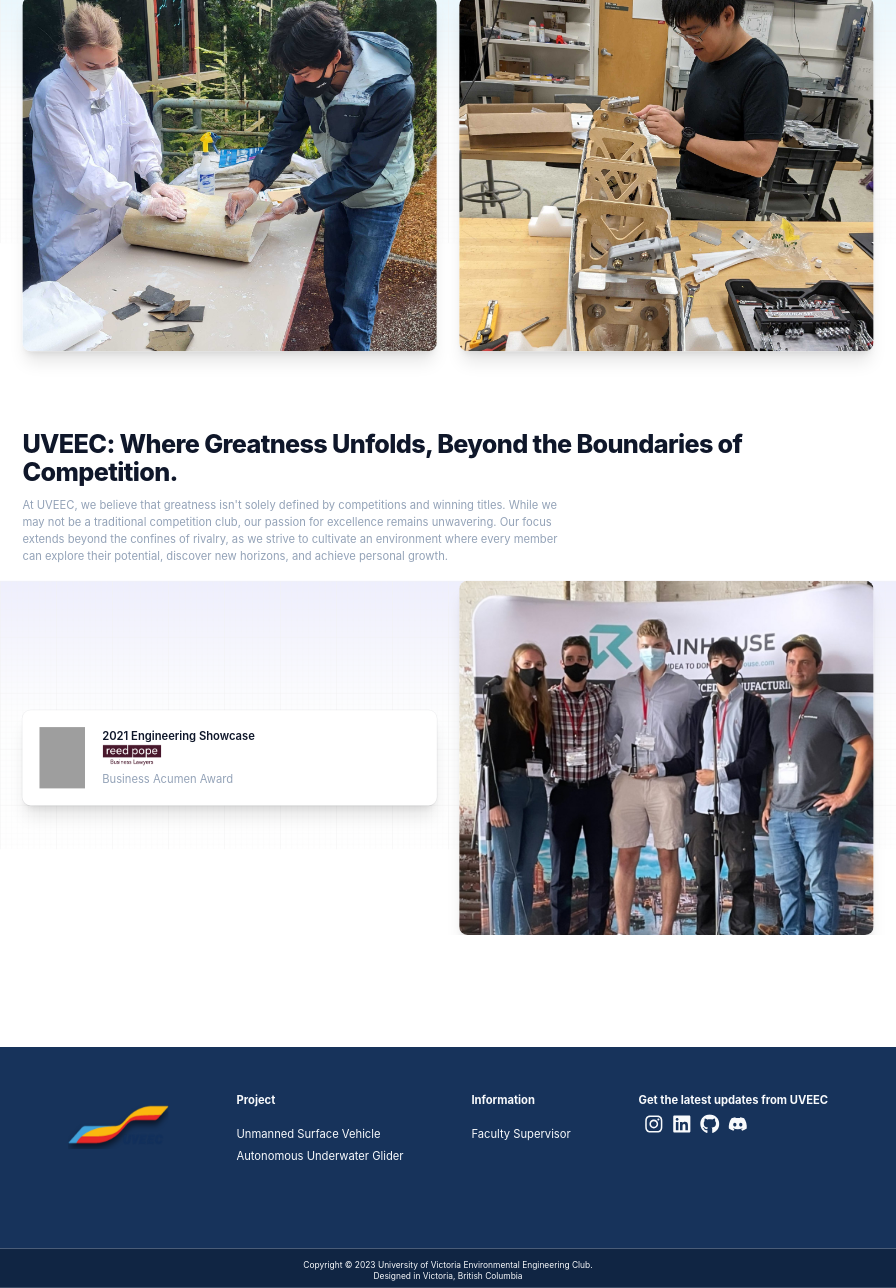
Repository: markaxelus/uveec-website
Page: /
An editor plug-in stored every save of this project. The page is shown before and after the next save, followed by the edit.
The browser window is 1280 px wide. The pictures show the part of the page from y = 1224 to 3144 px (the page is 3064 px tall before and 3144 px after), at 70% of full size.
Pictures or frames that could not be fetched are drawn as grey boxes. The project was rebuilt for these pictures with package versions that can differ from the ones it lists, and the page was loaded fresh each time. The framework's server and built-in components were replaced by stand-ins that run in the browser. Also part of the build but not shown: next.config.js, src/components/molecules/ProfileCard.tsx.

Above is the page before, as saved 2024-06-08 23:28:56.

After the next save:
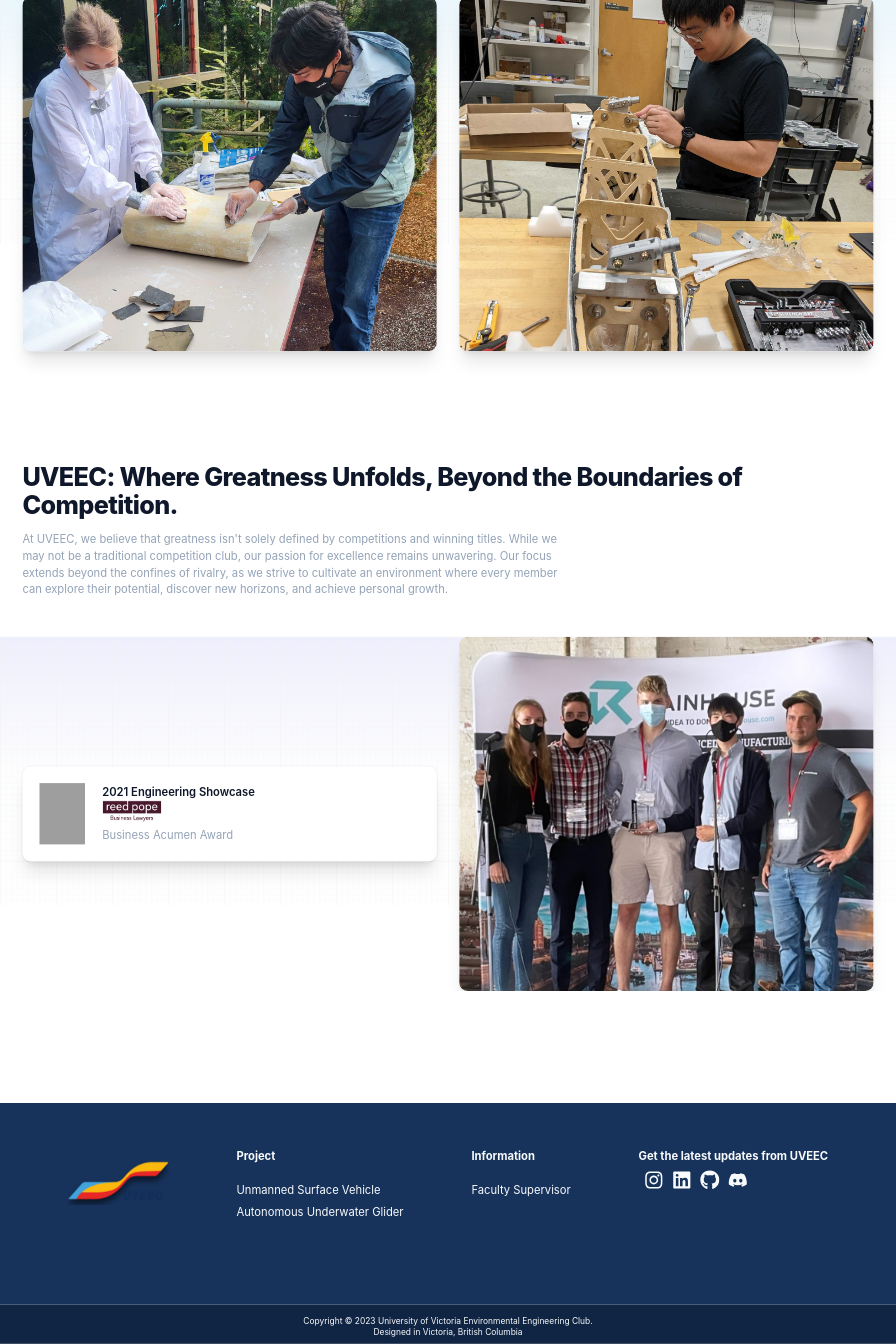
Saved 2 min 11 s later.
--- a/pages/index.tsx
+++ b/pages/index.tsx
@@ -148,7 +148,7 @@
             </section>
 
             <section id="awards">
-              <div className="max-w-7xl mx-auto px-4 sm:px-6 md:px-8">
+              <div className="max-w-7xl mx-auto px-4 sm:px-6 md:px-8 md:py-8">
                 <p className="mt-4 text-3xl sm:text-4xl text-slate-900 font-extrabold tracking-tight dark:text-slate-50">
                   UVEEC: Where Greatness Unfolds, Beyond the Boundaries of Competition.
                 </p>

After the save that followed:
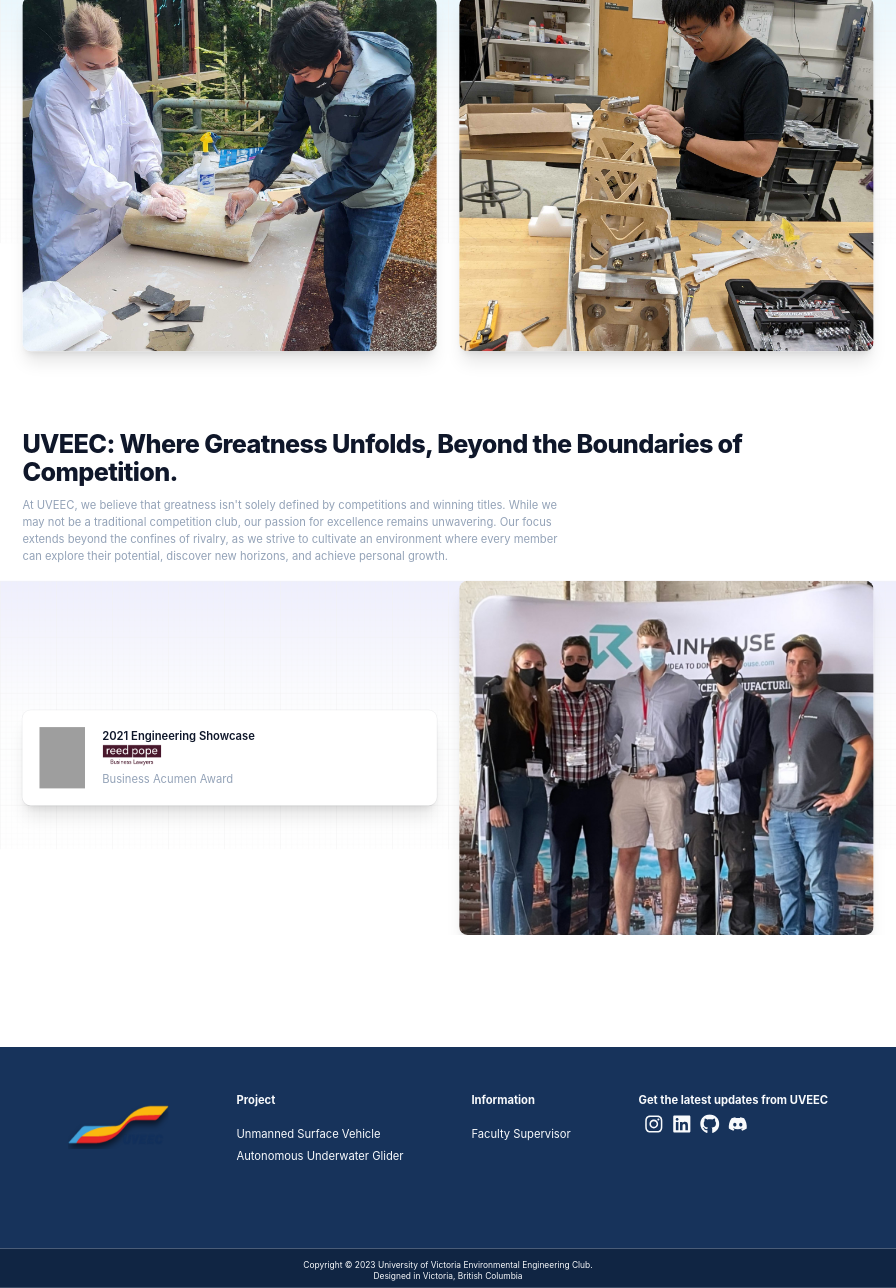
Saved 14 s later.
--- a/pages/index.tsx
+++ b/pages/index.tsx
@@ -148,7 +148,7 @@
             </section>
 
             <section id="awards">
-              <div className="max-w-7xl mx-auto px-4 sm:px-6 md:px-8 md:py-8">
+              <div className="max-w-7xl mx-auto px-4 sm:px-6 md:px-8">
                 <p className="mt-4 text-3xl sm:text-4xl text-slate-900 font-extrabold tracking-tight dark:text-slate-50">
                   UVEEC: Where Greatness Unfolds, Beyond the Boundaries of Competition.
                 </p>
